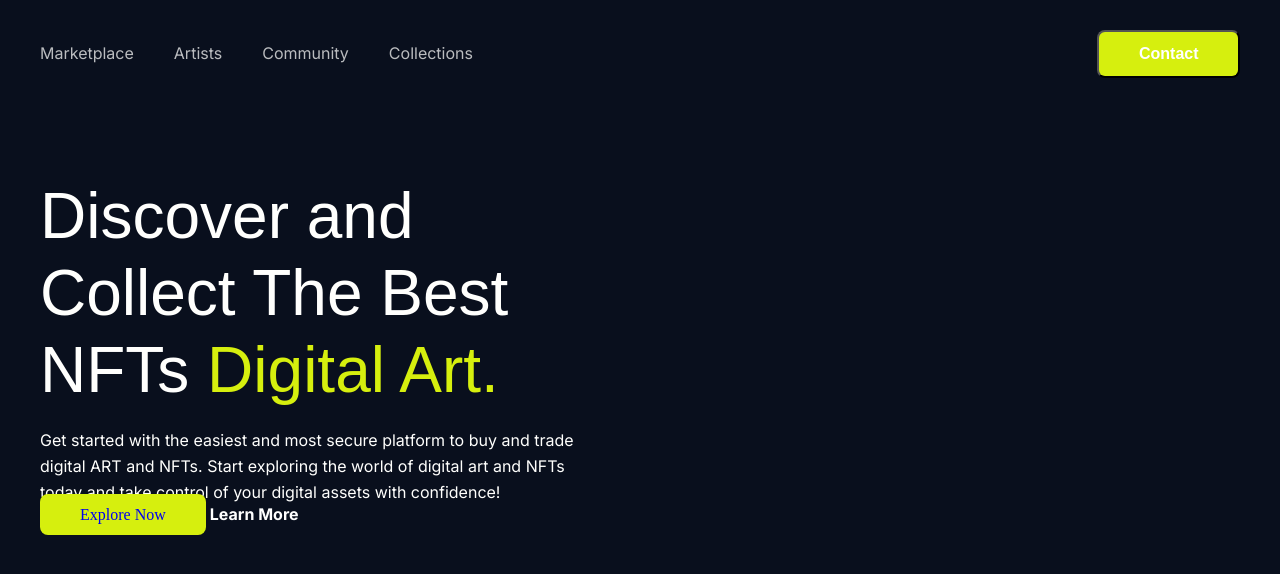
Repository: Kamron5505/NftMarketplace
Page: index.html
These files come from the project's save history. The page is drawn as it stood at one moment and after the next save; the edit follows.
The browser window is 1280 px wide. The pictures show the whole page.
Some web fonts or font styles are not loaded; a fallback is used.

Above is the page before, as saved 2025-07-08 00:11:47.

After the next save:
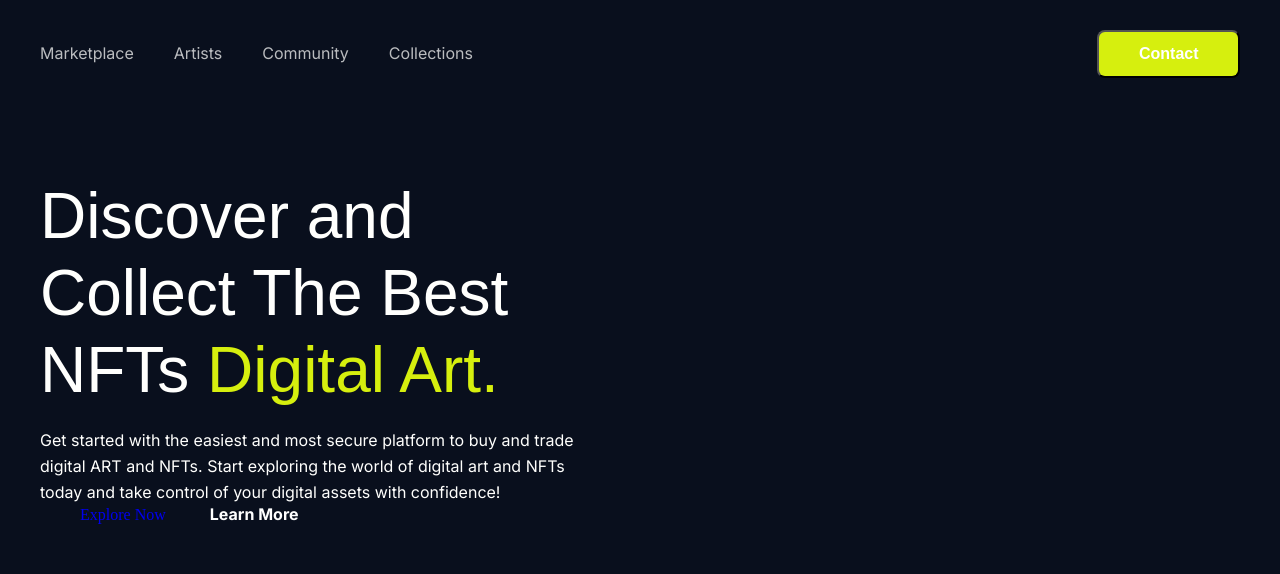
Saved 3 s later.
--- a/style.css
+++ b/style.css
@@ -136,7 +136,7 @@ h6 {
     padding: 12px 40px;
     width: 178px;
     height: 52px;
-    background: #d6ef0e;
+
 }
 
 .btn-secondary {}
